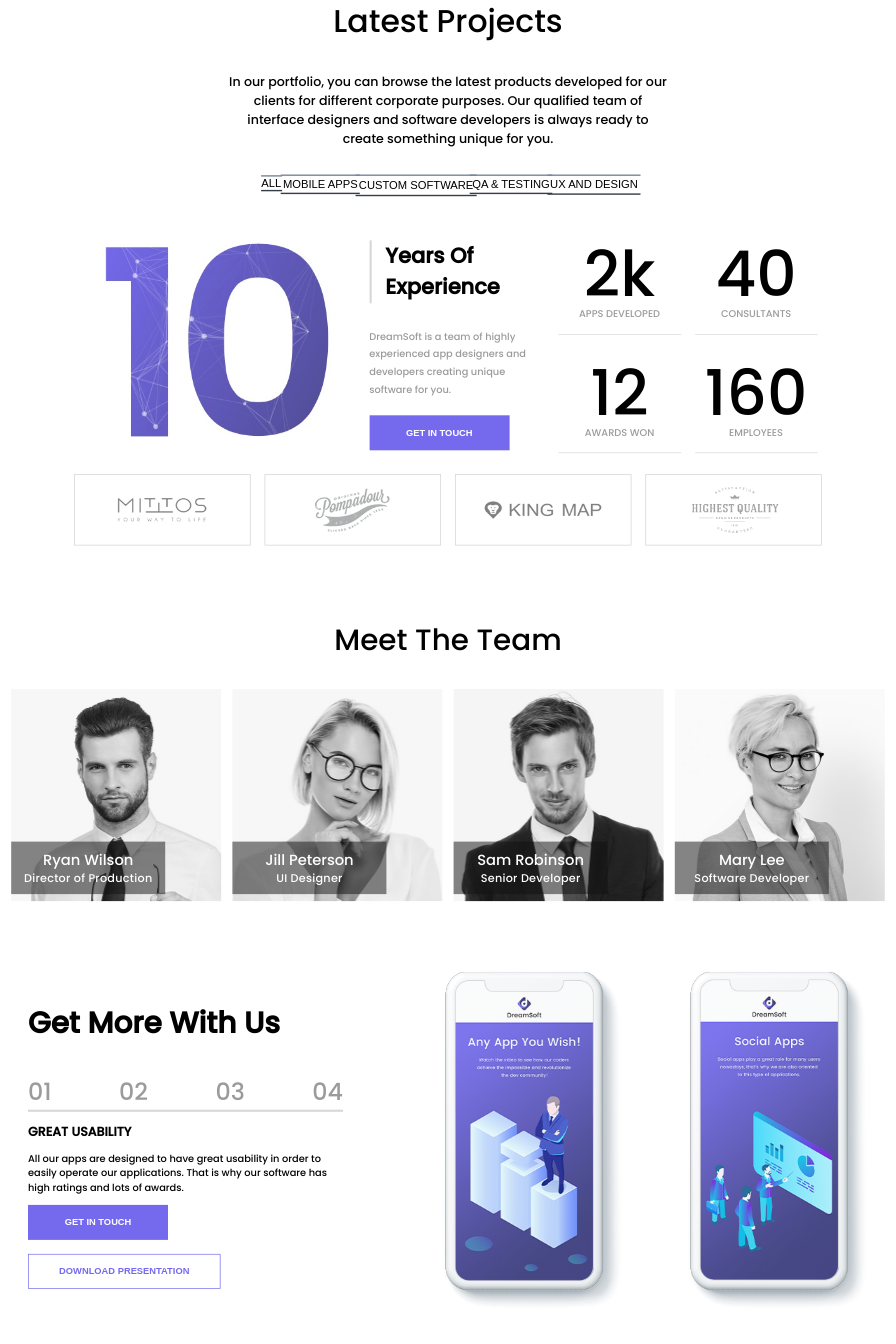
Repository: kkyler24/ladders-bootcamp-awesome
Page: index.html
The author's editor kept a copy of each file at every save. The page is drawn from the files as they stood at one save, then again after the next save.
The browser window is 1280 px wide. The pictures show the part of the page from y = 1435 to 3355 px (the page is 6148 px tall before and 6170 px after), at 70% of full size.

Above is the page before, as saved 2021-03-20 10:27:27.

### index.html
<!DOCTYPE html>
<html lang="en">
  <head>
    <meta charset="UTF-8" />
    <meta name="viewport" content="width=device-width, initial-scale=1.0" />
    <link rel="stylesheet" href="style.css" />
    <link rel="stylesheet" href="kstyle.css" />
    <link rel="preconnect" href="https://fonts.gstatic.com">
    <link href="https://fonts.googleapis.com/css2?family=Poppins:wght@500&display=swap" rel="stylesheet">
    <title>Demo</title>
  </head>
  <body>
    <header></header>
    <nav class="container-nav">
      <a class="logopic">
        <img src="./img/jumbotron/logo-default-191x52.png" alt="MCLA LOGO"   height="63.99" width="220">
      </a>
      <div class="nav-link">
      <ul>
        <li class=" list-inline">
          <a href="./index.html">Home</a>
        </li>
        <li class="nav-item active list-inline">
          <a href="./index.html">About Us</a>
        </li>
        <li class="nav-item active list-inline">
          <a href="./index.html">Gallery</a>
        </li>
        <li class="nav-item active list-inline">
          <a href="./index.html">Pricing</a>
        </li>
        <li class="nav-item active list-inline">
          <a href="./index.html">Blog</a>
        </li>
      </ul>
    </div>
      <!-- <button></button> -->

    </nav>
    <!-- jumbotron 3 slides -->
    <div id="jumbotron" class="carousel">
      <!-- <ul class ="carousel-indicators">
          <li data-target="#carouselExampleCaptions" data-slide-to="0" class="active"></li>
          <li data-target="#carouselExampleCaptions" data-slide-to="1"></li>
          <li data-target="#carouselExampleCaptions" data-slide-to="2"></li>
          <li data-target="#carouselExampleCaptions" data-slide-to="3"></li>
      </ul> -->
      <div class="container-jumbo">
          <div class="carousel-item">
              <img id="jumboimgOne"src="./img/jumbotron/jess-bailey-q10VITrVYUM-unsplash.jpg"  alt="..." />
              <div class="jumboheadline">
                <h2 class="jumbotext">Mobile App Development</h2><br>
                  <div id="indext">
                    <p class="jumboPara"> Since our establishment, we have delivering high-quality and sutainable <br> software solutions for corporate purpose of worldwide business.</p>
                  </div>

              </div>
          </div>
          <!-- <div class="carousel-item">
              <img src="Assets/diversity2gether.jpg" class="d-block w-100" alt="..." />
              <div class="carousel-caption d-none d-md-block">
                  <h5>We Celebrate diversity</h5>
              </div>
          </div>
          <div class="carousel-item">
              <img src="Assets/womensrights.jpg" class="d-block w-100" alt="..." />
              <div class="carousel-caption d-none d-md-block">
                  <h5> We charise our choices</h5>
              </div>
          </div>
          <div class="carousel-item">
              <img src="Assets/climate.jpg" class="d-block w-100" alt="..." />
              <div class="carousel-caption d-none d-md-block">
                  <h5> We protect whats ours</h5>
              </div> -->
          </div>
      </div>
  </div>
  <!-- <a class="carousel-control-prev" href="#carouselExampleCaptions" role="button" data-slide="prev">
      <span class="carousel-control-prev-icon" aria-hidden="true"></span>
      <span class="sr-only">Previous</span>
  </a>
  <a class="carousel-control-next" href="#carouselExampleCaptions" role="button" data-slide="next">
      <span class="carousel-control-next-icon" aria-hidden="true"></span>
      <span class="sr-only">Next</span>
  </a> -->
</div>

    </section>

    <section class="all-service-section">
      <!-- see all services -->
          <div class="all-services-img">
            <img src="https://ld-wt73.template-help.com/wt_prod-18959/images/index-1-415x592.jpg" alt="" width="415" height="592">
          </div>

          <div class="all-services-container">

              <div class="corporate-solutions-block">
                <h3 class="all-services-h3">See All Services</h3>
                <button class="all-services-button">All Services</button>
              </div>
              <div class="corporate-solutions-block">
                <img src="./img/icon-phone.PNG" alt="">
                <h4 class="services-title-h4">CORPORATE SOLUTIONS</h4>
                <p class="corporate-solutions-text">Need specific software for your company? We are ready to develop it!</p>
              </div>
              <div class="corporate-solutions-block">
                <img src="./img/icon-headset.PNG" alt="">
                <h4 class="services-title-h4">CALL CENTER SOLUTIONS</h4>
                <p class="corporate-solutions-text">Our experts provide custom products of any complexity for call centers.</p>
              </div>
              <div class="corporate-solutions-block">
                <img src="./img/icon-cloud-box.PNG" alt="">
                <h4 class="services-title-h4">CLOUD DEVELOPMENT</h4>
                <p class="corporate-solutions-text">We can also offer you reliable cloud development solutions.</p>
              </div>

          </div>
    </section>

    <section id="sectThree">
      <!-- latest Projects -->
      <div class="latestPro">
        <h1 id="latestPro"> Latest Projects</h1>
        <p id="latestPara">In our portfolio, you can browse the latest products developed for our clients for different corporate purposes. Our qualified team of interface designers and software developers is always ready to create something unique for you.</p>
        <div id="latestRow">
         <div class="latestButtons"><button>All</button></div>
         <div class="latestButtons"><button>Mobile Apps</button></div>
         <div class="latestButtons"><button>custom Software</button></div>
         <div class="latestButtons"><button>QA & Testing</button></div>
         <div class="latestButtons"><button>UX and Design</button></div>
        </div>

      </div>
    </section>

    <section class="achievements-section">
      <!-- achievements -->
      <figure>
      <img src="./img/10.jpg" alt="Animated number ten" height="300" />
      </figure>
      <div class="years-of-experience-container">
        <h1>Years Of Experience</h1>
        <p>
          DreamSoft is a team of highly experienced app designers and developers
          creating unique software for you.
        </p>
        <button class="get-in-touch-button">Get in touch</button>
      </div>
      <div class="achievements-numbers-container">
        <div class="achievements-numbers-block">
          <h2>2k</h2>
          <p>APPS DEVELOPED</p>
        </div>
        <div class="achievements-numbers-block">
          <h2>40</h2>
          <p>CONSULTANTS</p>
        </div>
        <div class="achievements-numbers-block">
          <h2>12</h2>
          <p>AWARDS WON</p>
        </div>
        <div class="achievements-numbers-block">
          <h2>160</h2>
          <p>EMPLOYEES</p>
        </div>
      </div>
      <div class="logo-links-container">
        <figure>
          <img src="./img/clients-9-270x117.png" alt="Mittos Logo" >
        </figure>
        <figure>
          <img src="./img/clients-10-270x117.png" alt="Pompadour Logo" >
        </figure>
        <figure>
          <img src="./img/clients-3-270x117.png" alt="King Map Logo" >
        </figure>
        <figure>
          <img src="./img/clients-11-270x117.png" alt="Highest Quality Logo" >
        </figure>
      </div>
    </section>

    <section class="meet-the-team-section">
      <!-- meet the team -->
      <h2 class="meet-the-team-h2">Meet The Team</h2>

      <div class="meet-the-team-main-container">

          <div class="meet-team-block">
            <img src="./img/ryan-wilson.jpg" alt="">

            <div class="meet-team-text-block">
              <h4 class="meet-the-team-h4">Ryan Wilson</h4>
              <p class="meet-the-team-p">Director of Production</p>
            </div>
          </div>
          <div class="meet-team-block">
            <img src="./img/jill-peterson.jpg" alt="">

            <div class='meet-team-text-block'>
              <h4 class="meet-the-team-h4">Jill Peterson</h4>
              <p class="meet-the-team-p">UI Designer</p>
            </div>
          </div>
          <div class="meet-team-block">
            <img src="./img/sam-robinson.jpg" alt="">

            <div class='meet-team-text-block'>
              <h4 class="meet-the-team-h4">Sam Robinson</h4>
              <p class="meet-the-team-p">Senior Developer</p>
            </div>
          </div>
          <div class="meet-team-block">
            <img src="./img/mary-lee.jpg" alt="">

            <div class='meet-team-text-block'>
              <h4 class="meet-the-team-h4">Mary Lee</h4>
              <p class="meet-the-team-p">Software Developer</p>
            </div>
          </div>

      </div>
    </section>

    <section class="get-more-with-us-section">
      <!-- Get more with us -->
      <section class="get-more-with-us">
        <h1>Get More With Us</h1>
        <div class="numbers">
          <p>01</p>
          <p>02</p>
          <p>03</p>
          <p>04</p>
        </div>
        <h2>GREAT USABILITY</h2>
        <p class="get-more-about-project">
          All our apps are designed to have great usability in
          order to easily operate our applications.
          That is why our software has high ratings and lots of awards.
        </p>
        <button class="get-in-touch-button">Get in touch</button>
        <button class="download-presentation-button">Download presentation</button>
      </section>
      <img src="img/index-4-261x484.png" alt="Screen with Any App You Wish">
      <img src="img/index-5-261x484.png" alt="Screen with Socia Apps">
    </section>

    <section class="what-people-say-section">
      <!-- What People Say -->
      <h2 class="what-people-say-h2">What People Say</h2>

      <div class="what-people-say-main-container">

        <div class="client-container">
          <img src="./img/catherine-wilson.jpg" alt="">
          <div class="client-title">
            <h4 class="client-name-h4">Catherine Williams</h4>
            <p>Regular client</p>
          </div>
          <div class="client-body">
            <p class="client-body-p">DreamSoft offers a high caliber of resources skilled
            in Microsoft Azure .NET, mobile and Quality Assurance. They
            became our true business partners over the past three years.</p>
          </div>
        </div>
        <div class="client-container">
          <img src="./img/rupert-woods.jpg" alt="">
          <div class="client-title">
            <h4 class="client-name-h4">Rupert Wood</h4>
            <p>Regular client</p>
          </div>
          <div class="client-body">
            <p class="client-body-p">DreamSoft powered us with a competent team to develop
            products for banking services. The team has been delivering
            results within budget and time, which is amazing.</p>
          </div>
        </div>
        <div class="client-container">
          <img src="./img/samantha-brown.jpg" alt="">
          <div class="client-title">
            <h4 class="client-name-h4">Samantha Brown</h4>
            <p>Regular client</p>
          </div>
          <div class="client-body">
            <p class="client-body-p">DreamSoft is a highly skilled and uniquely capable
            firm with multitudes of talent on-board. We have
            results within budget and time, which is amazing.
            collaborated on a number of diverse projects that
            have been a great success.</p>
          </div>
        </div>

      </div>

    </section>

    <section class="latest-blog-posts-section">
      <h2 class="what-people-say-h2">Latest Blog Posts</h2>
      <div class="posts-container">
        <div class="post-block">
          <figure>
          <img class="post-cover" src="img/post-10-370x307.jpg">
          <img class="post-date-label" src="img/label.svg">
          <p class="post-label-date">07/04</p>
          </figure>
          <h4 class="block-post-h4">Benefits Of Async/Await</h4>
            <p class="blog-post-p">
            Asynchronous functions are a good and bad thing in JavaScript.
            The good side is that asynchronous functions are non-blocking and…
            </p>
        </div>
        <div class="post-block">
          <figure>
          <img class="post-cover" src="img/post-11-370x307.jpg">
          <img class="post-date-label" src="img/label.svg">
          <p class="post-label-date">07/17</p>
          </figure>
          <h4 class="block-post-h4">Key Considerations Of IPaaS</h4>
            <p class="blog-post-p">
              Digital transformation requires cloud appropriate adoption,
              legacy IT systems modernization, and Agile-based methodologies for faster…
            </p>
        </div>
        <div class="post-block">
          <figure>
          <img class="post-cover" src="img/post-12-370x307.jpg">
          <img class="post-date-label" src="img/label.svg">
          <p class="post-label-date">07/22</p>
          </figure>
          <h4 class="block-post-h4">Hibernate Query Language</h4>
            <p class="blog-post-p">
              In this tutorial, we will discuss the
              Hibernate Query Language. HQL is an object-oriented query language.
              Hibernate Query...
            </p>
        </div>
      </div>
    </section>

    <footer>
      <!-- contacts and info -->
      <section class="footer-contacts">
        <img src="img/logo-inverse-191x52.png" alt="DreamSoft Logo">
        <p class="about-company">
          Our company has been developing high-quality and reliable software
          for corporate needs since 2008. We are renowned professionals of
          software development.</p>
        <div class="address-block-container">
          <div class="one-contact-block">
            <h2>ADDRESS</h2>
            <p>4730 Crystal Springs Dr, Los Angeles, CA 90027</p>
          </div>
          <div class="one-contact-block">
            <h2>PHONES</h2>
            <p>
              <span class="changing-color">+1 323-913-4688</span>
              <span>,</span>
              <span class="changing-color">+1 323-888-4554</span>
            </p>
          </div>
          <div class="one-contact-block">
            <h2>E-MAILS</h2>
            <p>
              <span>info@demolink.org</span>
              <span>,</span>
              <span>mail@demolink.org</span>
            </p>
          </div>
          <div class="social-media-links-container">
            <img src="img/iconfinder_Circled_Facebook.svg" alt="Facebook Icon">
            <img src="img/iconfinder_Circled_Instagram.svg" alt="Facebook Icon">
            <img src="img/iconfinder_Circled_Linkedin.svg" alt="Facebook Icon">
            <img src="img/iconfinder_Circled_Twitter.svg" alt="Facebook Icon">
          </div>
        </div>
      </section>
      <form class="contact-form">
        <h1>Questions? Contact Us</h1>
        <input class="input-field-1" type="text" id="name" name="name" placeholder="Name"><br>
        <input class="input-field-1" type="text" id="email" name="email" placeholder="Email"><br>
        <input class="input-field-2" type="text" id="message" name="message" placeholder="Message"><br>
        <button class="send-message-button">Send message</button>
      </form>
      <section class="what-we-offer">
        <h1>What We Offer</h1>
        <div class="what-we-offer-container">
            <figure class="what-we-offer-item">
              <p>DB Management</p>
              <figure class="triangle"></figure>
            </figure>
            <figure class="what-we-offer-item">
              <p>IOS/MacOS</p>
              <figure class="triangle"></figure>
            </figure>
            <figure class="what-we-offer-item">
              <p>Android Apps</p>
              <figure class="triangle"></figure>
            </figure>
            <figure class="what-we-offer-item">
              <p>Windows Apps</p>
              <figure class="triangle"></figure>
            </figure>
            <figure class="what-we-offer-item">
              <p>UX/UI Apps</p>
              <figure class="triangle"></figure>
          </figure>
        </div>
        </section>
      </footer>
  </body>
</html>

### kstyle.css
html, body{
  overflow-x: hidden;


}

/* Navbar git  */
.container-nav {
  display: flex;
}

.list-inline {
  display: inline;
  list-style-type: none;
  padding-right: 10px;
  font-family: Georgia, "Times New Roman", Times, serif;
}

a.logopic {
  flex-flow: row;
  flex-grow: 3;
}

ul.li.a {
  font-family: "Poppins", sans-serif;
  font-weight: 500;
  color: black;
}

/* Jumbotron */
.jumboPara {
  text-align: center;
}

.jumbotron .container-jumbo {
  max-width: 100%;
  background-color: #222;
}

#jumbotron {
  padding: 30px 0px 30px 0px;
  max-width: 100%;
  text-align: center;
  background-color: transparent;
  overflow: hidden;
  font-family: "Raleway", Helvetica, Arial, sans-serif;
}

.container-jumbo {
  display: flex;
  width: 100%;
  margin: 0 auto;
  height: 561px;
}

.jumbotext {
  color: rgb(2, 2, 2);
  font-weight: 600;
  text-transform: uppercase;
  font-size: 60px;
}

.jumboheadline {
  display: flex;
  flex-direction: column;
  height: 506px;
  justify-content: flex-end;
}

#jumboimgOne {
  z-index: 0;
  position: absolute;
  display: flex;
  /* flex-grow: 1; */
  width: 100%;
  overflow-x: hidden;
}

.carousel-item {
  width: 100%;
}

.carousel-item,
.jumbotext,
#indext {
  position: relative;
  z-index: 2;
}

/* latest Section */

#sectThree{
  display: flex;
  font-family: "Poppins", sans-serif;
  text-align: center;
}

#latestPara{
 font-size: 18px;
 margin: auto 25% auto 25%;
}

#latestPro{
  font-size: 45px;
  font-weight: lighter;
}

#latestRow{
display: flex;
justify-content: center;
margin-top: 3%;
margin-bottom: 3%;


}
#latestRow button{
  padding: 3%;
  margin: auto;
 font-size: 16px;
 background-color: transparent;
 border-right: 4px;
 border-color: lightslategray;
 border-left: none;
 width: max-content;
 text-transform: uppercase;


}

Loaded but not shown: style.css (628 lines, source omitted)

After the next save:
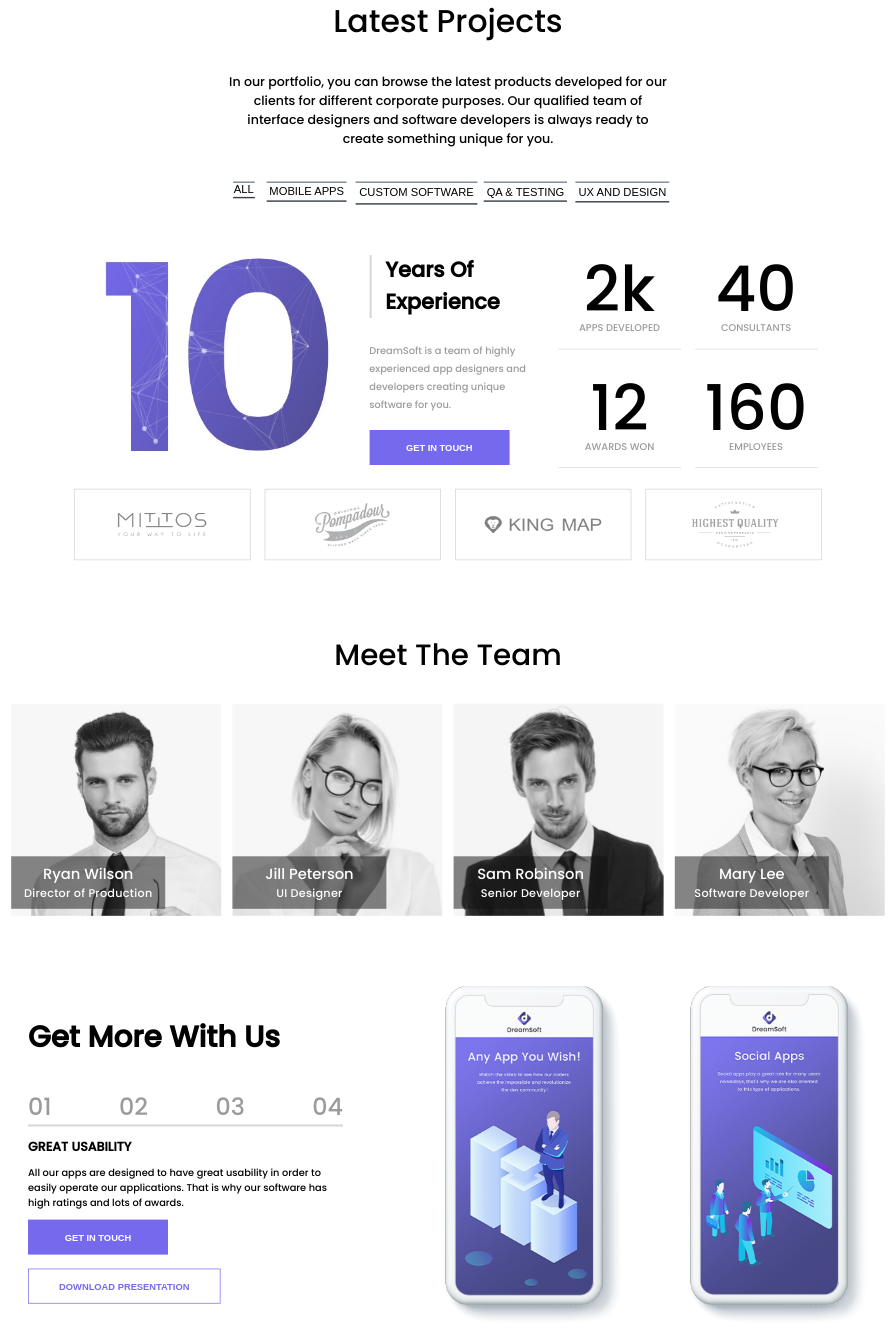
Saved 8 s later.
--- a/kstyle.css
+++ b/kstyle.css
@@ -115,7 +115,7 @@ margin-bottom: 3%;
 }
 #latestRow button{
   padding: 3%;
-  margin: auto;
+  margin: 10px;
  font-size: 16px;
  background-color: transparent;
  border-right: 4px;
